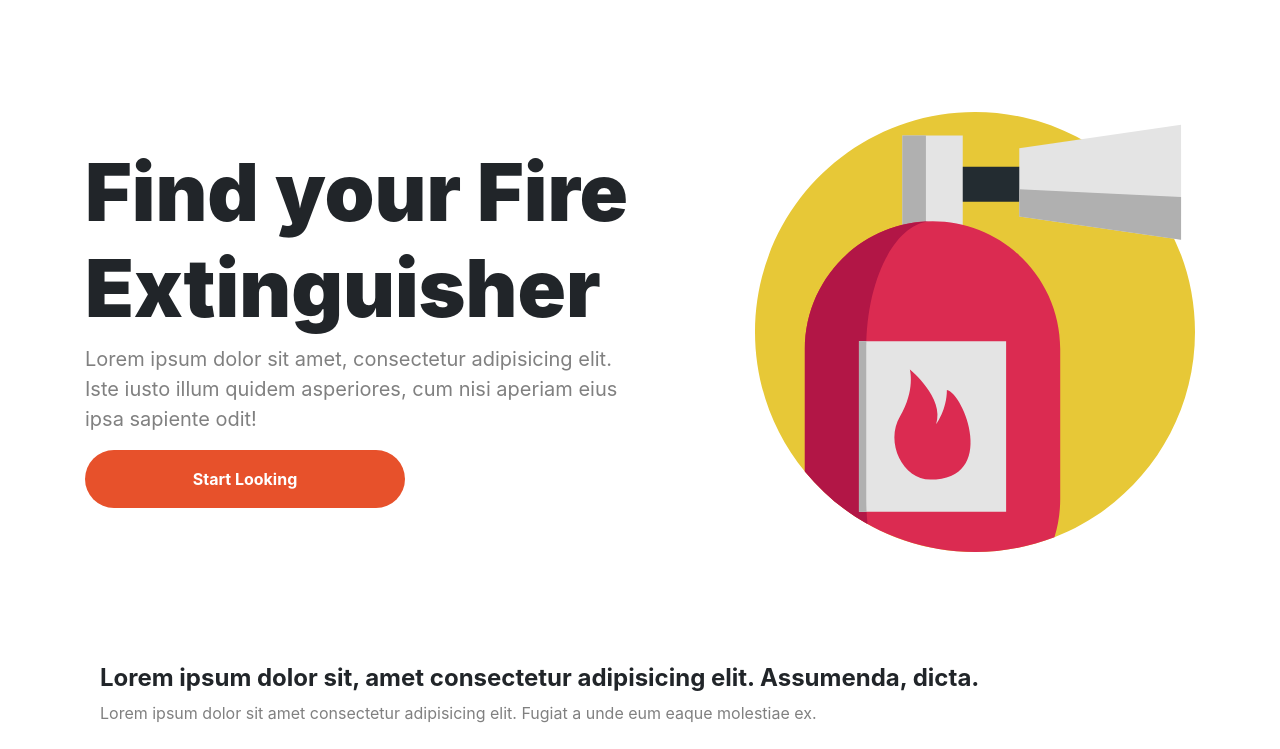
Repository: tomas938/Nuxt-crash-app
Page: /
These files come from the project's save history. The page is drawn as it stood at one moment and after the next save; the edit follows.
The browser window is 1280 px wide. The pictures show the whole page.
The project was rebuilt for these pictures with package versions that can differ from the ones it lists, and the page was loaded fresh each time. The framework's server and built-in components were replaced by stand-ins that run in the browser. Also part of the build but not shown: nuxt.config.js.

Above is the page before, as saved 2021-08-29 12:14:26.

After the next save:
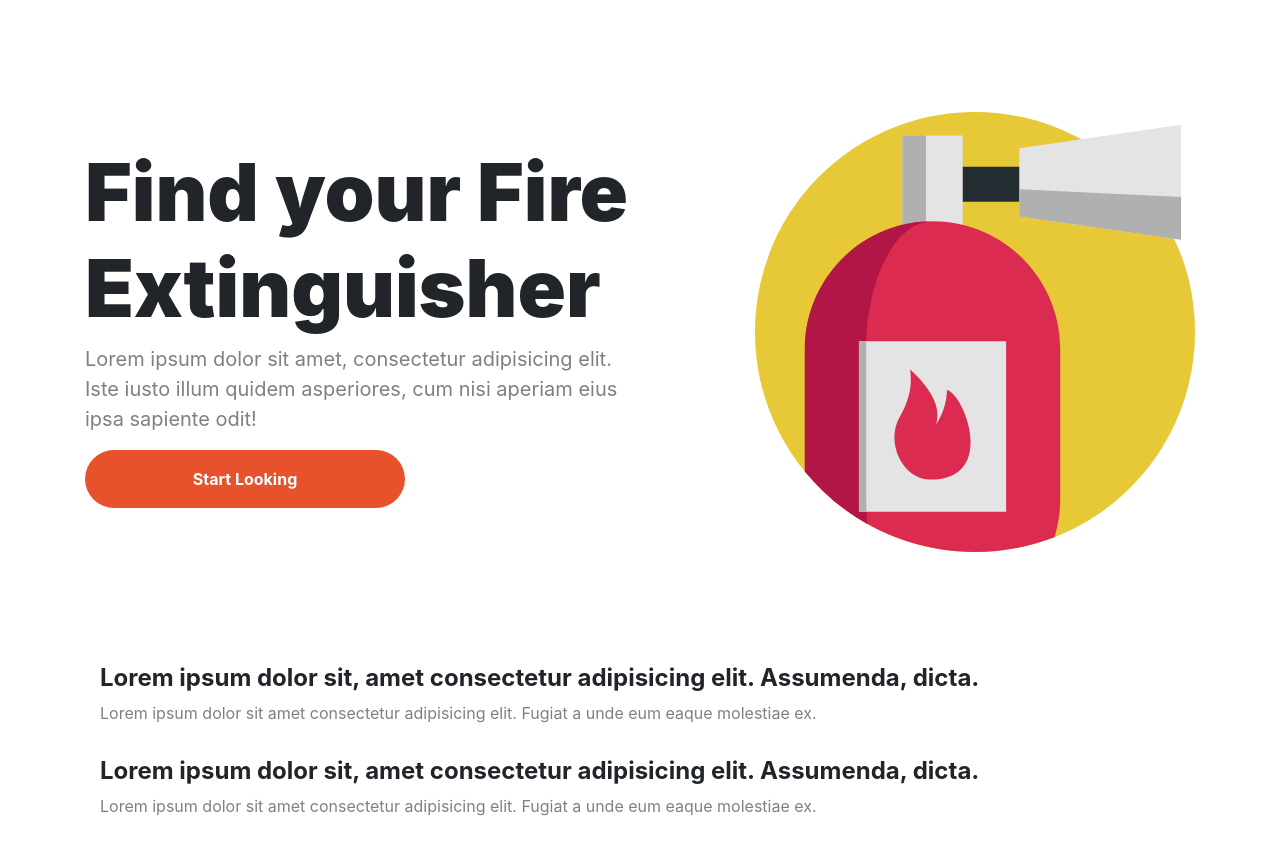
Saved 16 s later.
--- a/pages/index.vue
+++ b/pages/index.vue
@@ -1,7 +1,7 @@
 <template>
   <div class="container">
     <Hero></Hero>
-    <LargeCardDisplay v-for=""></LargeCardDisplay>
+    <LargeCardDisplay v-for="cardInfo in largeCardInfo"></LargeCardDisplay>
   </div>
 </template>
 
